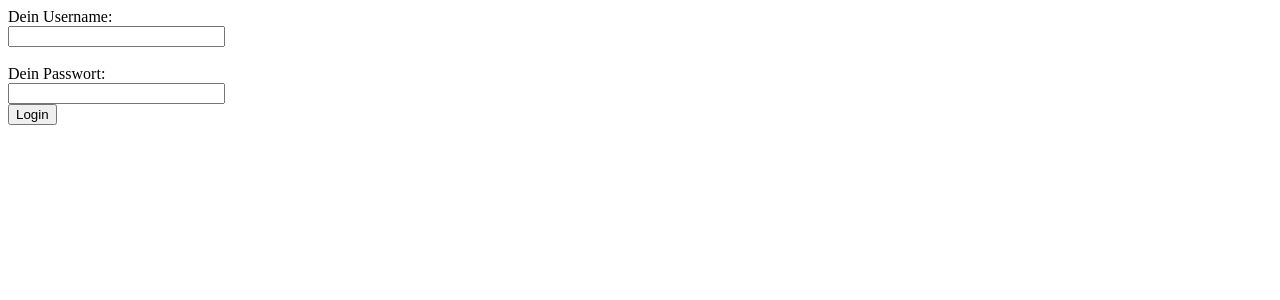
Repository: artem-koch/key-manager
Page: workspace/key-manager/website/auth/login.html
The author's editor kept a copy of each file at every save. The page is drawn from the files as they stood at one save, then again after the next save.
The browser window is 1280 px wide. The pictures show the whole page.

Above is the page before, as saved 2015-05-07 16:24:05.

After the next save:
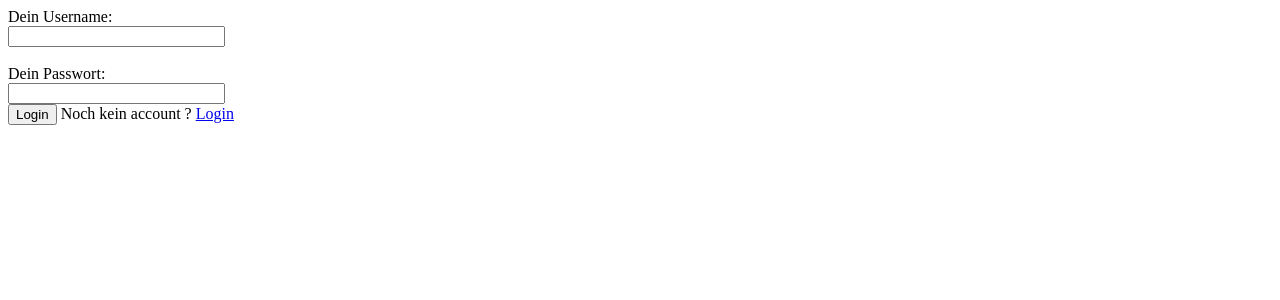
Saved 13 h 11 min later.
--- a/workspace/key-manager/website/auth/login.html
+++ b/workspace/key-manager/website/auth/login.html
@@ -11,6 +11,7 @@
 		<br> Dein Passwort:<br> <input type="password" size="24"
 			maxlength="50" name="password"><br> <input type="submit"
 			value="Login">
+		Noch kein account ? <a href=\".\registrierung.html\">Login</a>
 	</form>
 </body>
 </html>
